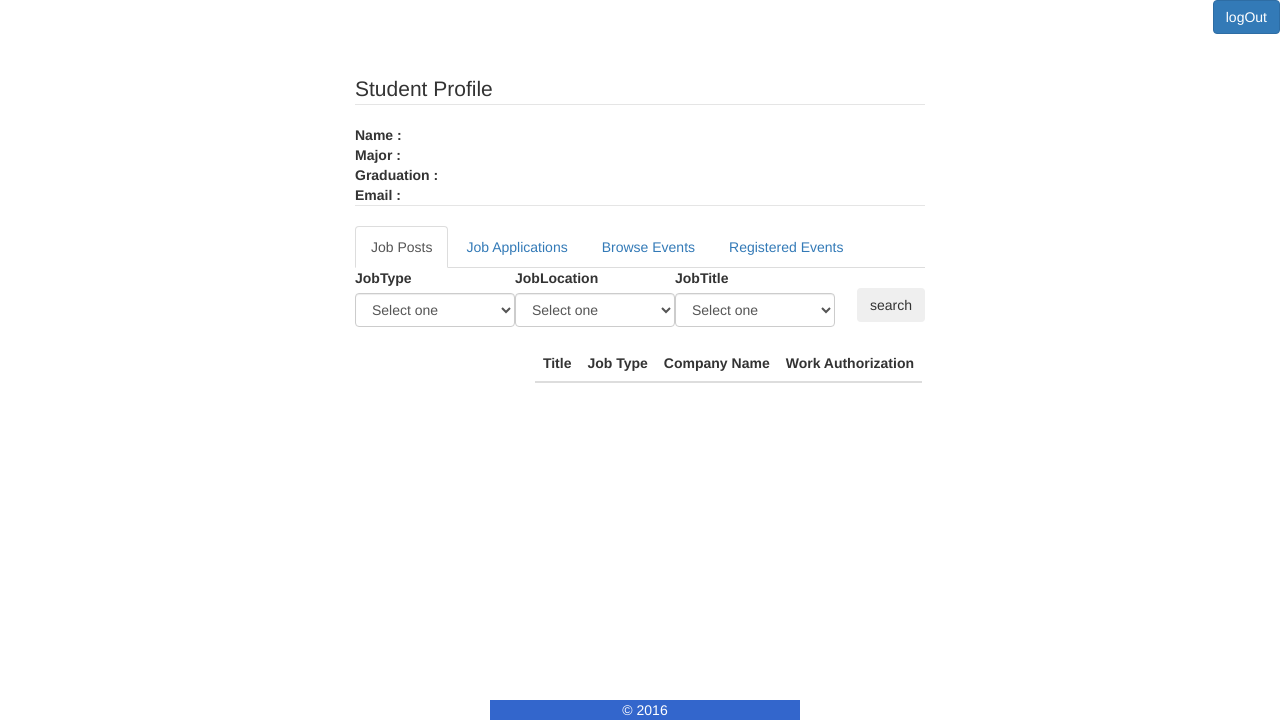
Repository: merlynfrank/AcademicProjects
Page: http://localhost/studenthome
The author's editor kept a copy of each file at every save. The page is drawn from the files as they stood at one save, then again after the next save.
The browser window is 1280 px wide. The pictures show the whole page.
The page is this project's Thymeleaf template; nobody is signed in. The template is opened directly, without the code that normally fills it, so the values that code supplies are empty.

Above is the page before, as saved 2018-12-01 06:59:30.

After the next save:
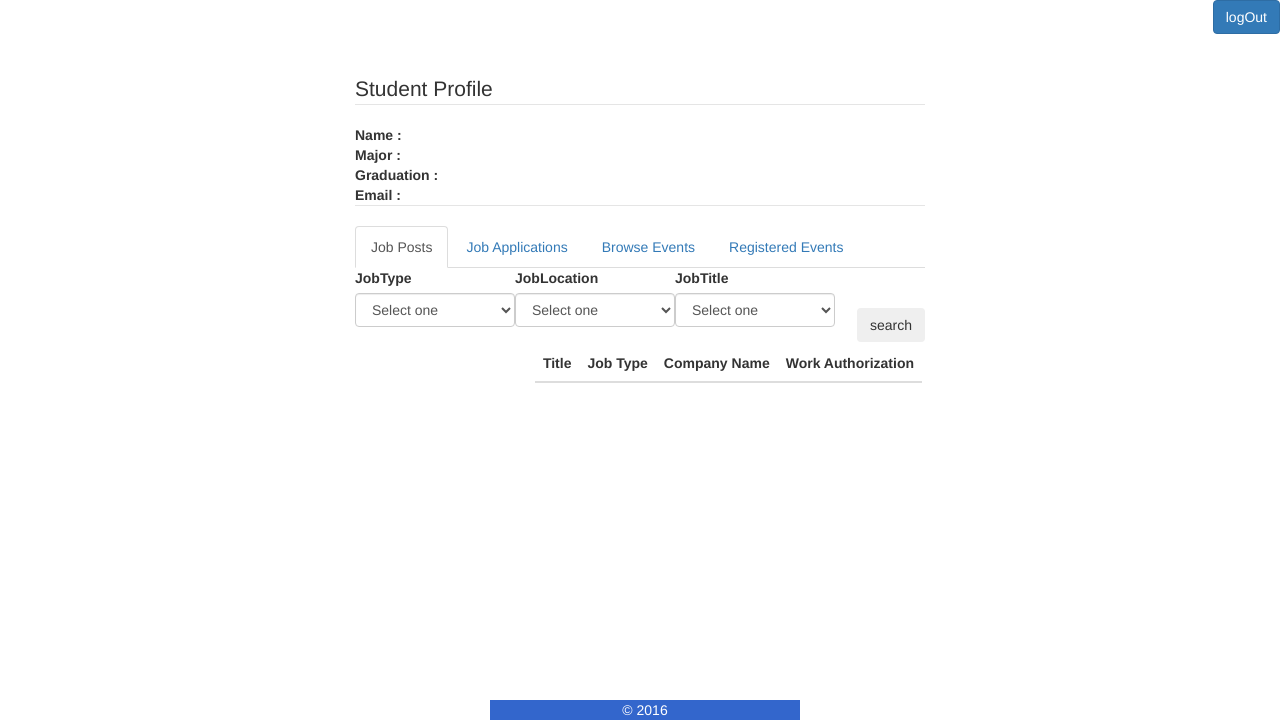
Saved 78 s later.
--- a/smith-is-internship/src/main/resources/templates/studenthome.html
+++ b/smith-is-internship/src/main/resources/templates/studenthome.html
@@ -121,7 +121,7 @@
 						</select>
 					</div>
 					<div align="right">
-					<br/>
+					<br/><br/>
 						<button id="search" name="search" class="btn">search</button>
 					</div>
 				</form>
